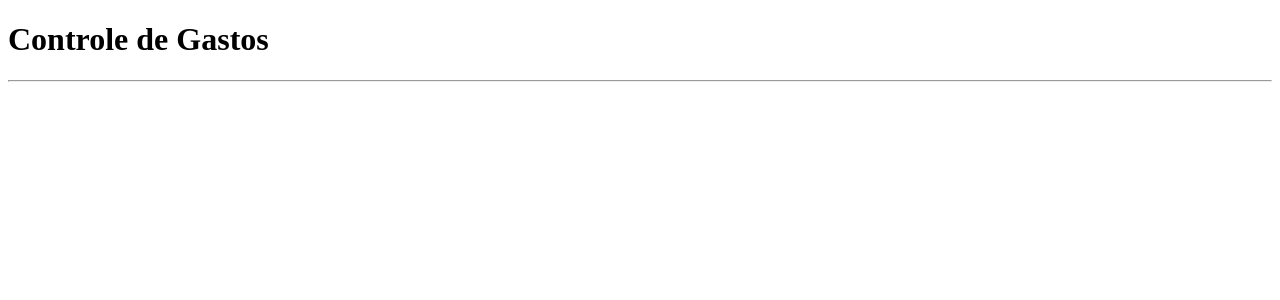
Repository: MarcioFreitasUFSC21/FrontEnd-part-1
Page: index.html
The author's editor kept a copy of each file at every save. The page is drawn from the files as they stood at one save, then again after a run of saves.
The browser window is 1280 px wide. The pictures show the whole page.

Above is the page before, as saved 2023-04-22 18:52:59.

### index.html
<!DOCTYPE html>
<html lang="pt-br>
<head>
    <meta charset="UTF-8">
    <meta http-equiv="X-UA-Compatible" content="IE=edge">
    <meta name="viewport" content="width=device-width, initial-scale=1.0">
    <title>Controle Gastos</title>
</head>
<body>
    <h1> Controle de Gastos</h1>
    <hr>


</body>
</html>

After the next 2 saves:
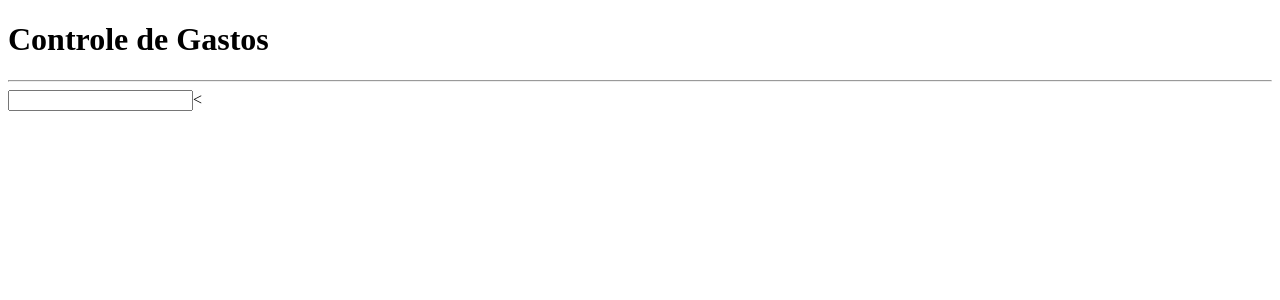
The 2 saves are shown as one change because they came seconds apart.
The last was saved 68 s later.
--- a/index.html
+++ b/index.html
@@ -9,7 +9,7 @@
 <body>
     <h1> Controle de Gastos</h1>
     <hr>
-
+    <input type = "text" ><
 
 </body>
 </html>
